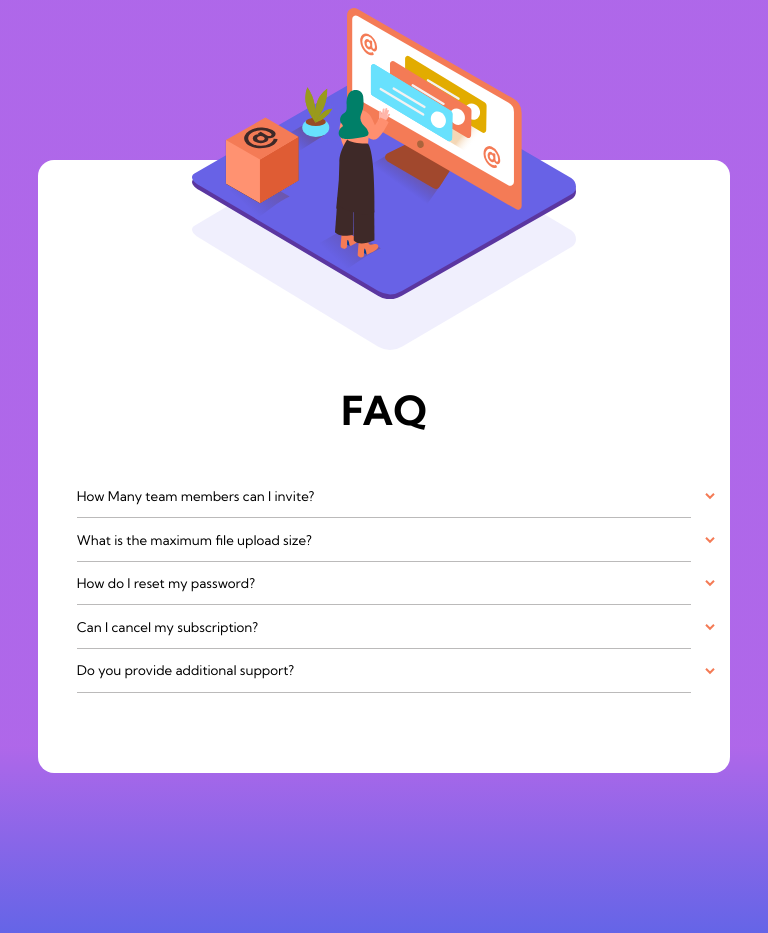
Repository: ryanwilll/ProjetoFAQ
Page: index.html
These files come from the project's save history. The page is drawn as it stood at one moment and after a run of saves; the edit follows.
The browser window is 768 px wide. The pictures show the whole page.

Above is the page before, as saved 2022-10-26 19:49:07.

### index.html
<!DOCTYPE html>
<html lang="pt-br">

<head>
  <meta charset="UTF-8">
  <meta name="viewport" content="width=device-width, initial-scale=1.0">
  <!-- displays site properly based on user's device -->
  <link rel="preconnect" href="https://fonts.googleapis.com">
  <link rel="preconnect" href="https://fonts.gstatic.com" crossorigin>
  <link rel="preconnect" href="https://fonts.googleapis.com">
  <link rel="preconnect" href="https://fonts.gstatic.com" crossorigin>
  <link href="https://fonts.googleapis.com/css2?family=Kumbh+Sans:wght@400;700&display=swap" rel="stylesheet">
  <link rel="icon" type="image/png" sizes="32x32" href="./images/favicon-32x32.png">
  <link rel="stylesheet" href="./css/style.css">
  <link rel="stylesheet" href="./css/allmedia.css">
  <title>Frontend Mentor | FAQ Accordion Card</title>

  <!-- Feel free to remove these styles or customise in your own stylesheet 👍 -->
</head>

<body>

  <main class="container">
    <div class="card-white">
      <div class="imgs">
        <img class="img-principal" src="./images/illustration-woman-online-mobile.svg" alt="Ilustração Mobile">
        <img class="sombra-img-principal" src="./images/bg-pattern-mobile.svg" alt="Sombreamento da Imagem">
      </div>
      <h1 class="FAQ">FAQ</h1>
      <div class="faq-menu">

        <div class="text">
          <button class="button-answer">
            <div class="question"> How Many team members can I invite?<img class="seta"
                src="./images/icon-arrow-down.svg" alt="Seta para baixo"></div>

          </button>
          <p class="answer"> You can invite up to 2 additional users on the Free plan. There is no limit on team
            members
            for the Premium
            plan.</p>
        </div>
        <div class="text">
          <button class="button-answer">
            <div class="question"> What is the maximum file upload size?<img class="seta"
                src="./images/icon-arrow-down.svg" alt="Seta para baixo"></div>

          </button>
          <p class="answer"> No more than 2GB. All files in your account must fit your allotted storage space.</p>
        </div>
        <div class="text">
          <button class="button-answer">
            <div class="question"> How do I reset my password?<img class="seta" src="./images/icon-arrow-down.svg"
                alt="Seta para baixo"></div>

          </button>
          <p class="answer"> Click “Forgot password” from the login page or “Change password” from your profile page.
            A reset link will be emailed to you.</p>
        </div>
        <div class="text">
          <button class="button-answer">
            <div class="question"> Can I cancel my subscription?<img class="seta" src="./images/icon-arrow-down.svg"
                alt="Seta para baixo"></div>

          </button>
          <p class="answer"> Yes! Send us a message and we’ll process your request no questions asked.</p>
        </div>
        <div class="text">
          <button class="button-answer">
            <div class="question"> Do you provide additional support?<img class="seta"
                src="./images/icon-arrow-down.svg" alt="Seta para baixo"></div>

          </button>
          <p class="answer"> You can invite up to 2 additional users on the Free plan. There is no limit on team
            members
            for the Premium
            plan.</p>
        </div>
      </div>

    </div>
  </main>
  <script src="./src/index.js"></script>
</body>

</html>

### css/style.css
@charset "UTF-8";

/*Versão Mobile First*/
* {
  font-family: "Kumbh Sans", sans-serif;
  margin: 0px;
  padding: 0px;
  box-sizing: border-box;
}

body {
  background: linear-gradient(hsl(273, 75%, 66%) 80%, hsl(240, 73%, 65%));
  background: linear-gradient(hsl(273, 75%, 66%) 80%, hsl(240, 73%, 65%));
  background-repeat: no-repeat;
  position: relative;
  height: 100vh;
  width: 100vw;
}

.card-white {
  background-color: white;
  width: 90vw;
  max-height: 100vh;
  margin: 10em auto;
  border-radius: 1em;
  padding-bottom: 5em;
}

.card-white .imgs {
  position: relative;
  width: 50vw;
  margin: auto;
  top: -5.5em;
  z-index: 1;
}

.card-white .imgs .sombra-img-principal {
  position: relative;
  width: 50vw;
  margin: auto;
  top: -4.5em;
  z-index: -1;
}
.card-white .FAQ {
  font-size: 2.5em;
  text-align: center;
  font-weight: 600;
  margin: -3em 0em 1em;
}

.card-white button {
  border-style: none;
  text-align: left;
  background-color: transparent;
  transition: color ease-in-out 0.2s;
  justify-content: space-between;
  width: 70%;
}
.card-white button img {
  position: relative;
  right: 4em;
  float: right;
  bottom: -0.4em;
}

.card-white button:hover {
  color: orange;
}

.card-white .faq-menu .text .question {
  width: 90vw;
  margin: 1em 0em;
}

.card-white .answer {
  visibility: hidden;
  height: 0;
  transition: height 0.5s ease;
}
.card-white .faq-menu .text {
  border-bottom: 1px solid rgb(187, 186, 186);
  width: 80vw;
  margin: auto;
}

.card-white .faq-menu .text.active .question {
  font-weight: bold;
}

.card-white .faq-menu .text.active .answer {
  visibility: visible;
  height: 2.4em;
  margin: 0.5em 0em;
  width: 75vw;
  font-size: 0.7em;
  margin-bottom: 2em;
  animation: fade 1s ease-in-out;
}

.card-white .faq-menu .text.active .seta {
  transform: rotate(180deg);
}
.seta {
  transition: transform 0.5s ease-in;
}

@keyframes fade {
  from {
    opacity: 0;
    transform: translateY(-10px);
  }
  to {
    opacity: 1;
    transform: translateY(0px);
  }
}

### css/allmedia.css
@media screen and (min-width: 600px) and (max-width: 768px) {
  body {
    background: linear-gradient(hsl(273, 75%, 66%) 80%, hsl(240, 73%, 65%));
    background: linear-gradient(hsl(273, 75%, 66%) 80%, hsl(240, 73%, 65%));
    background-repeat: no-repeat;
    position: relative;
    height: 100%;
    width: 100%;
  }
  .card-white {
    max-height: 100%;
    margin: 10em auto;
    border-radius: 1em;
    padding-bottom: 5em;
  }
  .card-white .imgs {
    top: -9.5em;
  }

  .card-white .imgs .sombra-img-principal {
    top: -7.5em;
  }
  .card-white .FAQ {
    margin: -6em 0em 1em;
  }
}

@media screen and (min-width: 769px) and (max-width: 992px) {
}

@media screen and (min-width: 993px) and (max-width: 1200px) {
}

@media screen and (min-width: 1200px) {
}

### src/index.js
const faqs = document.querySelectorAll(".text");

faqs.forEach((faq) => {
  faq.addEventListener("click", () => {
    faq.classList.toggle("active");
  });
});

After the next 7 saves:
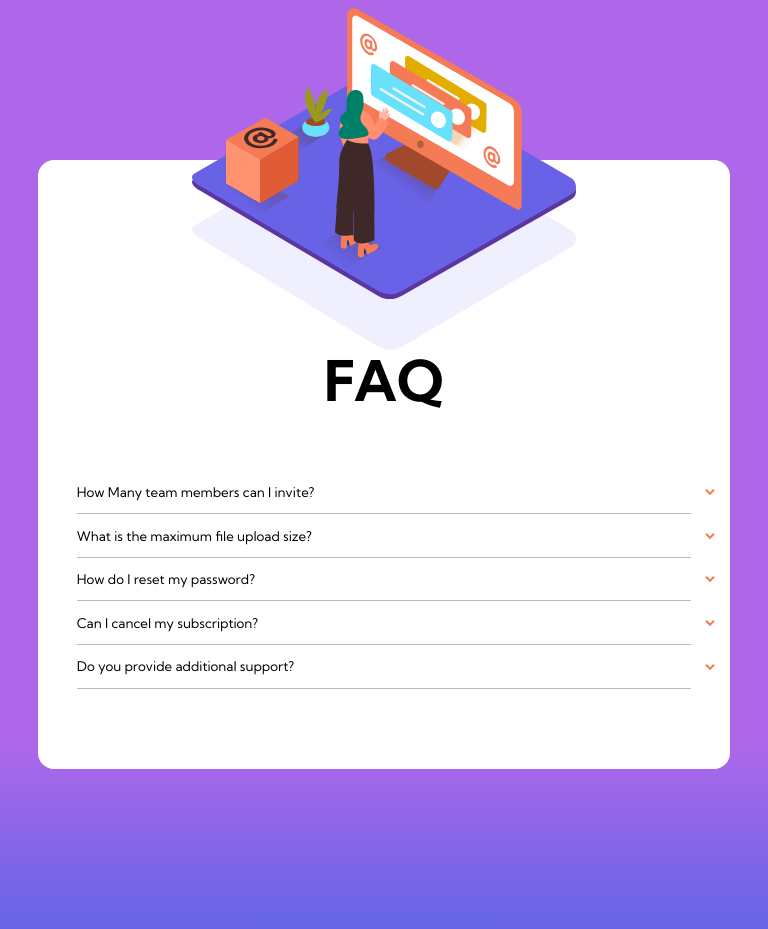
The 7 saves are shown as one change because they came seconds apart.
The last was saved 19 s later.
--- a/css/allmedia.css
+++ b/css/allmedia.css
@@ -21,7 +21,8 @@
     top: -7.5em;
   }
   .card-white .FAQ {
-    margin: -6em 0em 1em;
+    font-size: 3.5em;
+    margin: -5em 0em 1em;
   }
 }
 
